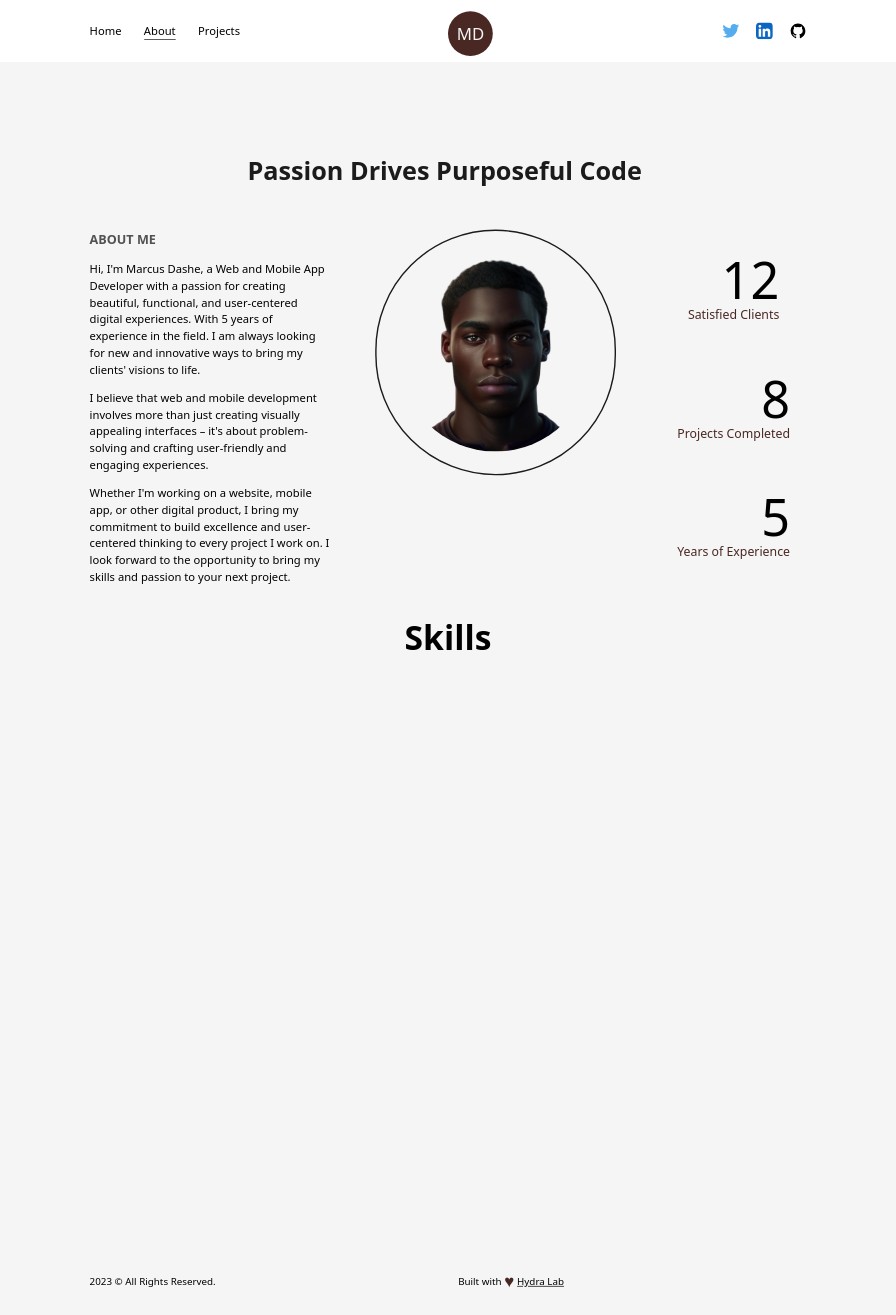
Repository: marcusdashe/situs
Page: /about
The author's editor kept a copy of each file at every save. The page is drawn from the files as they stood at one save, then again after the next save.
The browser window is 1280 px wide. The pictures show the whole page, at 70% of full size.
The project was rebuilt for these pictures with package versions that can differ from the ones it lists, and the page was loaded fresh each time. The framework's server and built-in components were replaced by stand-ins that run in the browser.

Above is the page before, as saved 2023-07-23 12:13:05.

### src/pages/_app.js
import Footer from "@/components/Footer";
import Navbar from "@/components/Navbar";
import "@/styles/globals.css";
import Head from "next/head";
// import { IBM_Plex_Sans } from "next/font/google";

// const ibm = IBM_Plex_Sans({
//   subsets: ["latin"],
//   variable: "--font-mont",
// });

export default function App({ Component, pageProps }) {
  return (
    <>
      <Head>
        <meta name="viewport" content="width=device-width, initial-scale=1" />
        <link rel="icon" href="/favicon.ico" />
      </Head>
      <main className={`  bg-light w-full min-h-screen`}>
        <Navbar />
        <Component {...pageProps} />
        <Footer />
      </main>
    </>
  );
}

### src/components/Footer.jsx
import React from "react";
import Layout from "./Layout";
import Link from "next/link";

const Footer = () => {
  return (
    <footer className="w-full border-t-1 border-solid border-primaryDark font-medium text-sm ">
      <Layout className="py-8 flex items-center justify-between">
        <span>{new Date().getFullYear()} &copy; All Rights Reserved.</span>
        <div className="flex items-center">
          Built with{" "}
          <span className="text-primaryDark text-2xl px-1">&hearts;</span>
          <Link href="/" className="underline underline-offset-2">
            Hydra Lab
          </Link>
        </div>
        <Link href="/"></Link>
      </Layout>
    </footer>
  );
};

export default Footer;

### src/components/Navbar.jsx
import React from "react";
import { useRouter } from "next/router";
import Link from "next/link";
import Logo from "./Logo";
import { TwitterIcon, GithubIcon, LinkedInIcon } from "./Icons";
import { motion } from "framer-motion";

const CustomLink = ({ href, title, className = "" }) => {
  const router = useRouter();

  return (
    <Link href={href} className={`${className} relative group`}>
      {title}
      <span
        className={`h-[1px] inline-block bg-dark absolute left-0 -bottom-0.5 group-hover:w-full transition-[width] ease duration-300 ${
          router.asPath === href ? "w-full" : "w-0"
        }`}
      >
        &nbsp;
      </span>
    </Link>
  );
};

const Navbar = () => {
  return (
    <header
      className="w-full px-32 py-8 font-medium
            flex items-center justify-between sticky top-0 z-10 bg-white"
    >
      <nav>
        <CustomLink href="/" title="Home" className="mr-4" />
        <CustomLink href="/about" title="About" className="mx-4" />
        <CustomLink href="/projects" title="Projects" className="mx-4" />
        {/* <CustomLink href="/articles" title="Articles" className="ml-4" /> */}
      </nav>

      <nav className="flex items-center justify-center flex-wrap">
        <motion.a
          href="https://www.twitter.com/marcusdashe"
          target={"_blank"}
          whileHover={{
            y: -2,
          }}
          whileTap={{ scale: 0.9 }}
          className="w-6 mx-3"
        >
          <TwitterIcon className="" />
        </motion.a>
        <motion.a
          href="https://www.linkedin.com/in/marcus-dashe-15a088202"
          target={"_blank"}
          whileHover={{
            y: -2,
          }}
          whileTap={{ scale: 0.9 }}
          className="w-6 mx-3"
        >
          <LinkedInIcon />
        </motion.a>
        <motion.a
          href="https://www.github.com/marcusdashe"
          target={"_blank"}
          whileHover={{
            y: -2,
          }}
          whileTap={{ scale: 0.9 }}
          className="w-6 ml-3"
        >
          <GithubIcon />
        </motion.a>
      </nav>
      <div className="absolute left-[50%] top-2 translate-x-[-50]">
        <Logo />
      </div>
    </header>
  );
};

export default Navbar;

### src/styles/globals.css
@import url("https://fonts.googleapis.com/css2?family=IBM+Plex+Sans:ital,wght@0,100;0,200;0,300;1,100;1,200&family=Inter:wght@300;400;500;600;700;800;900&display=swap");

@tailwind base;
@tailwind components;
@tailwind utilities;

### src/components/AnimatedText.jsx
import React from "react";
import { motion } from "framer-motion";

const quote = {
  initial: {
    opacity: 1,
  },
  animate: {
    opacity: 1,
    transition: {
      delay: 0.5,
      staggerChildren: 0.08,
    },
  },
};

const singleWord = {
  initial: {
    opacity: 0,
    y: 50,
  },
  animate: {
    opacity: 1,
    y: 0,
    transition: {
      duration: 1,
    },
  },
};

const AnimatedText = ({ text, className = "" }) => {
  return (
    <div className="w-full mx-auto py-2 flex items-center justify-center text-center overflow-hidden ">
      <motion.h1
        className={`inline-block w-full text-dark font-bold capitalize text-4xl ${className}`}
        variants={quote}
        initial="initial"
        animate="animate"
      >
        {text.split(" ").map((word, index) => (
          <motion.span
            key={index}
            className="inline-block"
            variants={singleWord}
          >
            {word}&nbsp;
          </motion.span>
        ))}
      </motion.h1>
    </div>
  );
};

export default AnimatedText;

### src/components/Layout.jsx
import React from "react";

const Layout = ({ children, className = "" }) => {
  return (
    <div className={`${className} w-full inline-block z-0 bg-light p-32`}>
      {children}
    </div>
  );
};

export default Layout;

### src/components/Skills.jsx
import React from "react";

const Skills = () => {
  return (
    <>
      <h2 className="font-bold text-5xl mt-[50px] w-full text-center">
        Skills
      </h2>
      <div className="w-full h-screen relative flex items-center justify-center rounded-full"></div>
    </>
  );
};

export default Skills;

### src/components/Logo.jsx
"use client";

import React from "react";
import Link from "next/link";
import { motion } from "framer-motion";

const MotionLink = motion(Link);

const Logo = () => {
  return (
    <div className="flex items-center justify-center mt-2">
      <MotionLink
        href="/"
        className="w-16 h-16 bg-primaryDark text-light flex items-center
        justify-center rounded-full text-2xl  hover
      "
        whileHover={{
          scale: 1.5,
          backgroundColor: [
            "#121212",
            "rgba(131,58,180,1)",
            "rgba(253,29,29,1)",
            "rgba(252,176,69,1)",
            "rgba(131,58,180,1)",
            "#121212",
          ],
          transition: {
            duration: 1,
            repeat: Infinity,
          },
        }}
      >
        MD
      </MotionLink>
    </div>
  );
};

export default Logo;

Loaded but not shown: src/pages/about.js (120 lines, source omitted); tailwind.config.js (30 lines, source omitted); src/components/Icons.jsx (474 lines, source omitted)

After the next save:
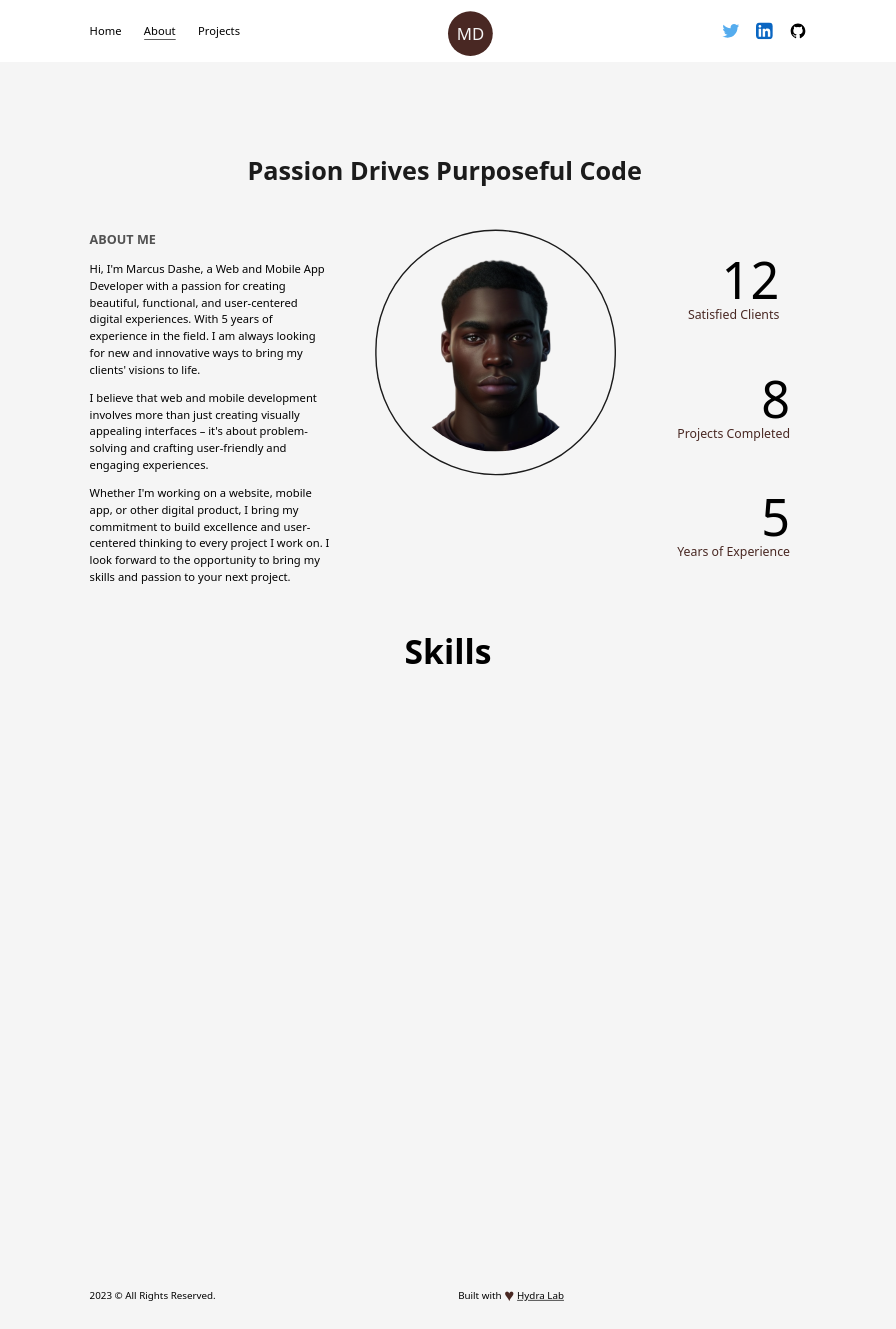
Saved 8 s later.
--- a/src/components/Skills.jsx
+++ b/src/components/Skills.jsx
@@ -3,7 +3,7 @@ import React from "react";
 const Skills = () => {
   return (
     <>
-      <h2 className="font-bold text-5xl mt-[50px] w-full text-center">
+      <h2 className="font-bold text-5xl mt-[70px] w-full text-center">
         Skills
       </h2>
       <div className="w-full h-screen relative flex items-center justify-center rounded-full"></div>
